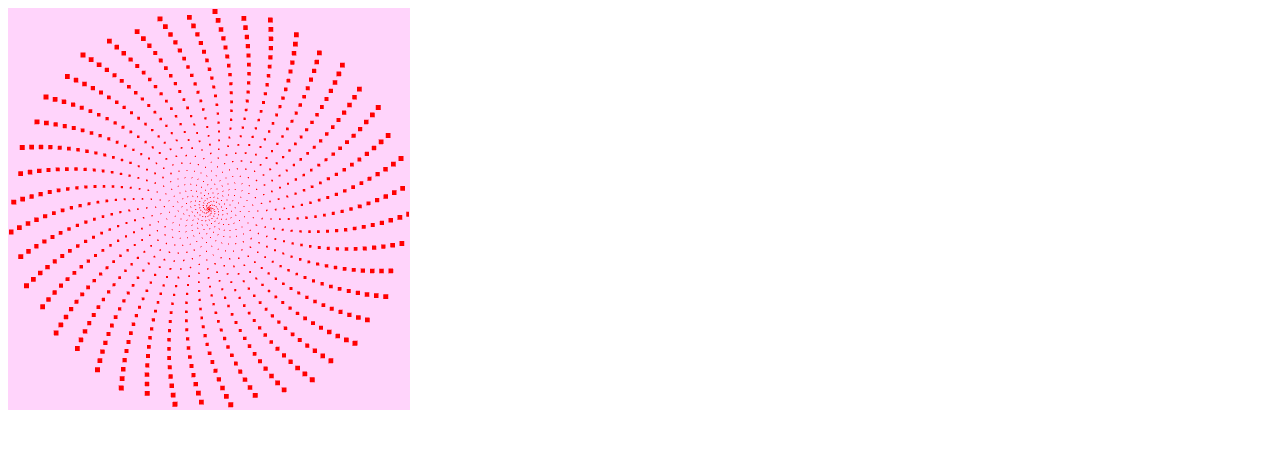
Repository: HyunraDate/ZhongpingShen
Page: Chocolate.html
An editor plug-in stored every save of this project. The page is shown before and after the next save, followed by the edit.
The browser window is 1280 px wide. The pictures show the whole page.

Above is the page before, as saved 2024-02-16 14:58:31.

After the next save:
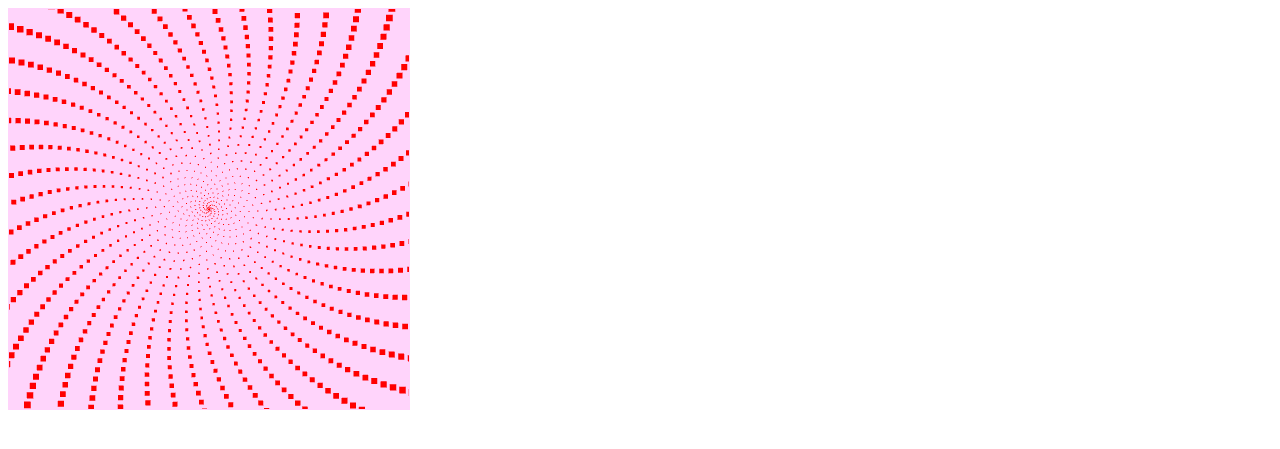
Saved 80 s later.
--- a/app2.js
+++ b/app2.js
@@ -8,7 +8,7 @@ let gl = canvas.getContext('webgl') //webgl 是3d，2d直接写2d
 //vertexShader, fragmentShader 组成program
 
 
-//后面要独立出来 因为these are all 字符串
+//后面要独立出来 因为these are all 字符串，字符串写死了arleady, but use JS传到字符串里面去
 //if you wanna use JS get data, like point
 
 let vertexShader = `
@@ -145,7 +145,7 @@ gl.clear(gl.COLOR_BUFFER_BIT)
 
 let x = 0
 let y = 0
-let n = 1000
+let n = 10000
 for(let i = 0; i < n; i++){
     //一个圆
     // let r = 0.5
